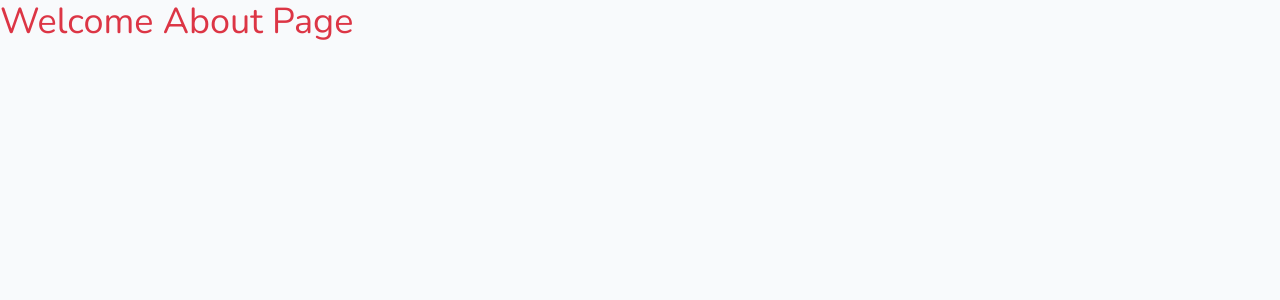
Repository: Aram5864/aaa
Page: http://localhost/about
The author's editor kept a copy of each file at every save. The page is drawn from the files as they stood at one save, then again after a run of saves.
The browser window is 1280 px wide. The pictures show the whole page.
The page is served by the project's Laravel application, run on PHP 8.4 with Laravel 8.

Above is the page before, as saved 2022-04-01 13:10:31.

After the next 5 saves:
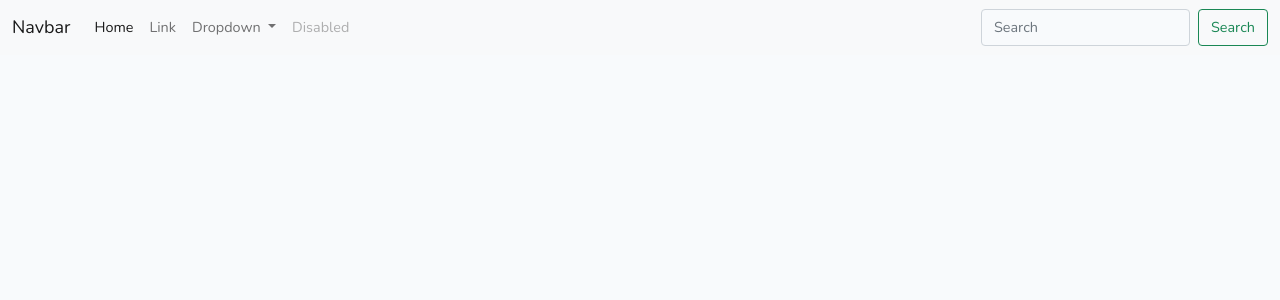
The 5 saves are shown as one change because 3 did not build or start and some came seconds apart.
The last was saved 71 s later.
--- a/resources/views/layouts/app.blade.php
+++ b/resources/views/layouts/app.blade.php
@@ -10,6 +10,7 @@
 </head>
 <body>
     @yield('layout')
-    @yield('content')
+
+    @include('layouts.navbar')
 </body>
 </html>
